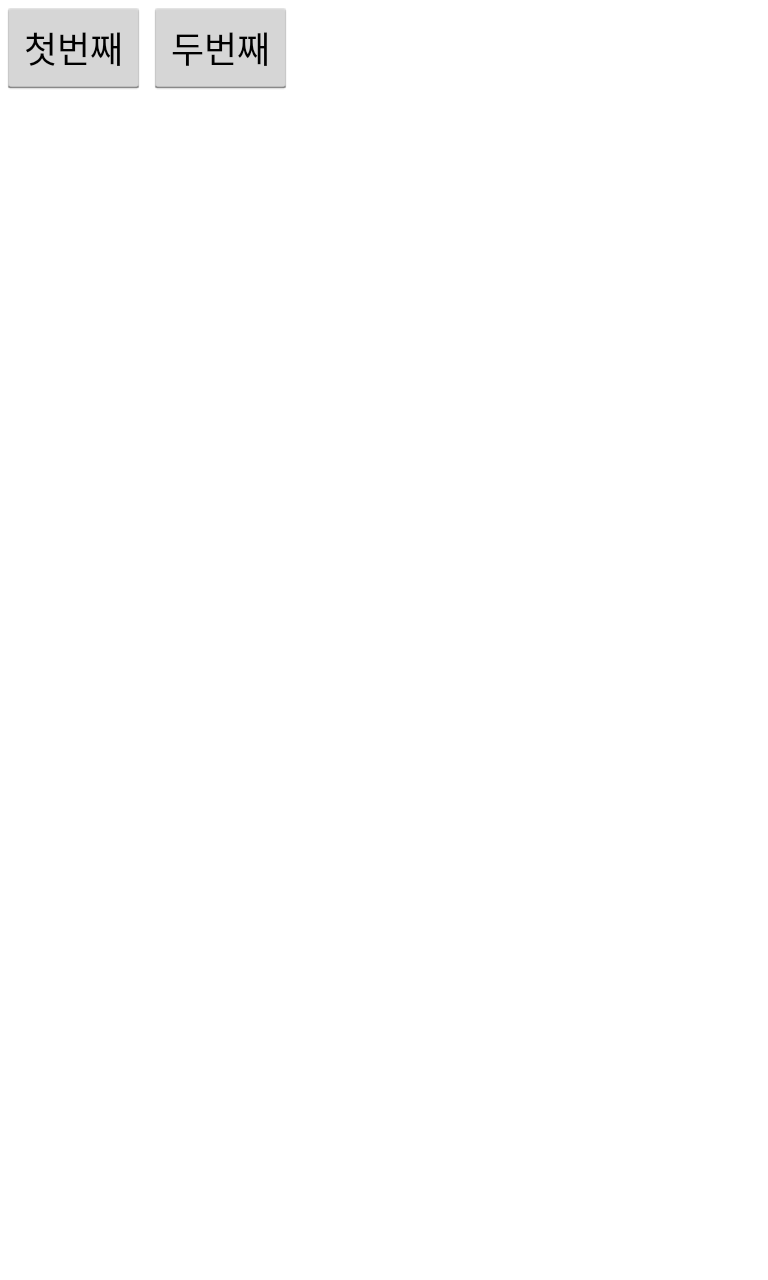
Repository: pajamasi726/AndroidExample
Layout: AndroidExample/Study_Fragment/res/layout/activity_main.xml
The author's editor kept a copy of each file at every save. The layout is drawn from the files as they stood at one save, then again after the next save.
It is drawn on a 768 x 1280 px phone screen (xhdpi) without system bars, with theme AppTheme; the app's code is not run.

Above is the layout before, as saved 2016-02-20 02:25:39.

After the next save:
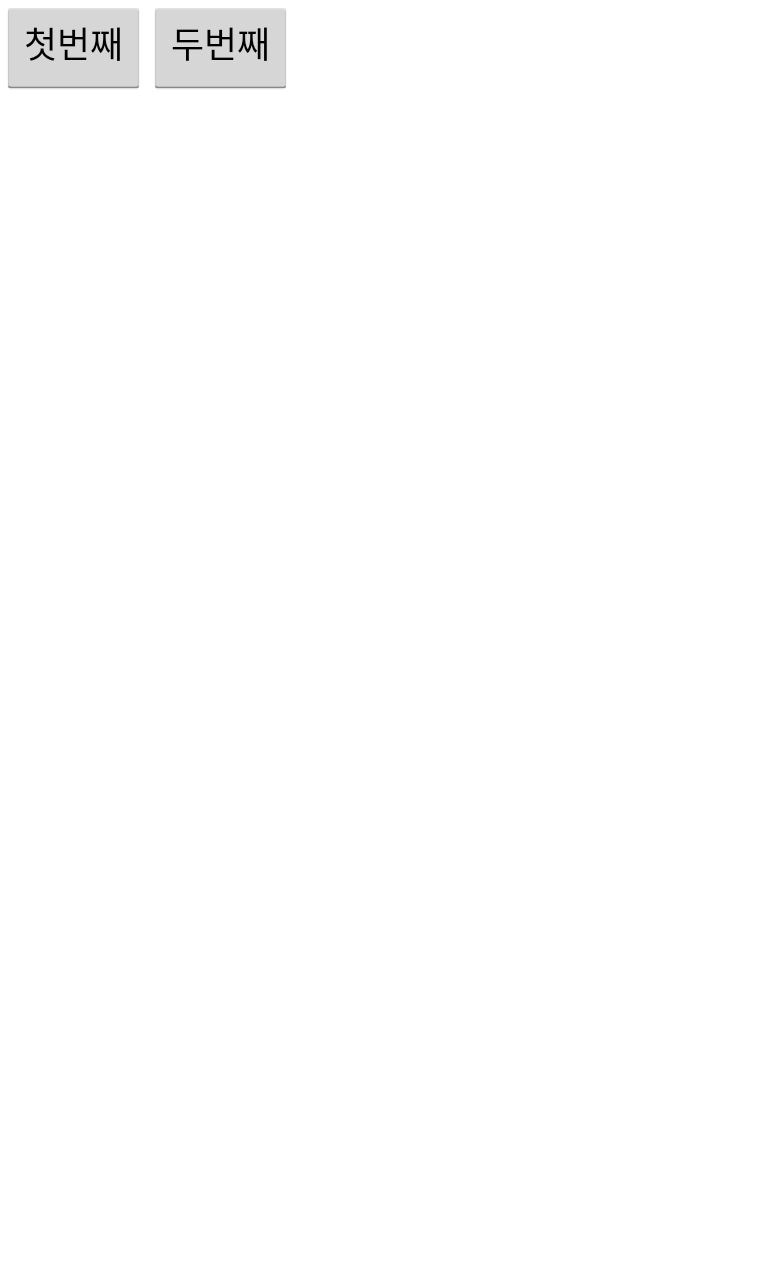
Saved 31 s later.
--- a/AndroidExample/Study_Fragment/res/layout/activity_main.xml
+++ b/AndroidExample/Study_Fragment/res/layout/activity_main.xml
@@ -16,6 +16,7 @@
             android:layout_width="wrap_content"
             android:layout_height="wrap_content"
             android:onClick="onClick"
+            android:gravity="1"
             android:text="첫번째" />
 
         <Button
@@ -23,6 +24,7 @@
             android:layout_width="wrap_content"
             android:layout_height="wrap_content"
             android:onClick="onClick"
+            android:gravity="1"
             android:text="두번째" />
 
     </LinearLayout>
